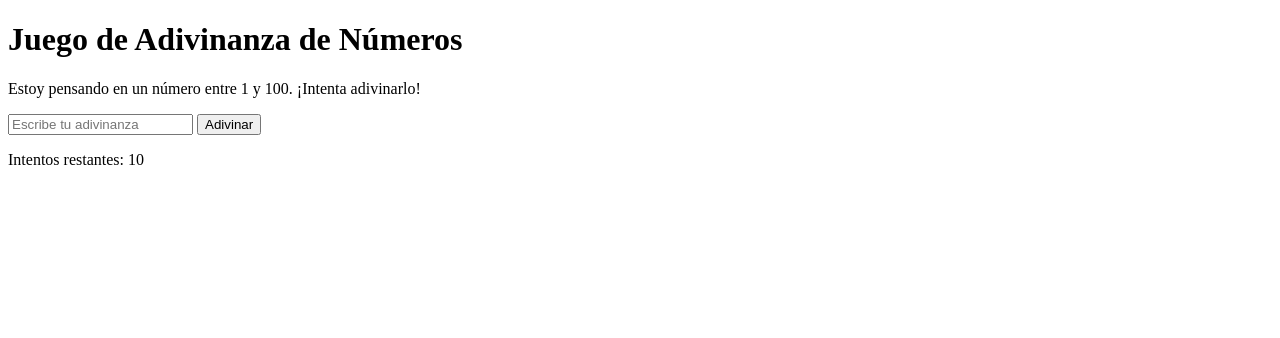
Repository: SofiaSferco/LaboratoriosPEYLW-SofiaSferco
Page: adivinanza.html
An editor plug-in stored every save of this project. The page is shown before and after the next save, followed by the edit.
The browser window is 1280 px wide. The pictures show the whole page.

Above is the page before, as saved 2024-11-20 22:51:30.
Not found: styles.css

### adivinanza.html
<!DOCTYPE html>
<html lang="es">
<head>
  <meta charset="UTF-8">
  <meta name="viewport" content="width=device-width, initial-scale=1.0">
  <title>Juego de Adivinanza de Números</title>
  <link rel="stylesheet" href="styles.css">
</head>
<body>
  <header>
    <h1>Juego de Adivinanza de Números</h1>
  </header>
  <section id="game-section">
    <p>Estoy pensando en un número entre 1 y 100. ¡Intenta adivinarlo!</p>
    <input type="number" id="user-input" placeholder="Escribe tu adivinanza" />
    <button id="guess-button">Adivinar</button>
    <p id="feedback"></p>
    <p>Intentos restantes: <span id="attempts">10</span></p>
  </section>
  <script src="juego.js"></script>
</body>
</html>

### juego.js
let randomNumber = Math.floor(Math.random() * 100) + 1;
let attempts = 10;

document.getElementById("guess-button").addEventListener("click", function() {
  let userGuess = document.getElementById("user-input").value;
  let feedback = document.getElementById("feedback");
  let attemptsElement = document.getElementById("attempts");

  if (userGuess == "") {
    feedback.textContent = "Por favor, ingresa un número.";
    return;
  }

  userGuess = parseInt(userGuess);

  if (isNaN(userGuess) || userGuess < 1 || userGuess > 100) {
    feedback.textContent = "Ingresa un número entre 1 y 100.";
    return;
  }

  attempts--;

  if (userGuess < randomNumber) {
    feedback.textContent = "¡Demasiado bajo! Intenta de nuevo.";
  } else if (userGuess > randomNumber) {
    feedback.textContent = "¡Demasiado alto! Intenta de nuevo.";
  } else {
    feedback.textContent = "¡Felicidades, adivinaste el número!";
    document.getElementById("guess-button").disabled = true;
  }

  attemptsElement.textContent = attempts;

  if (attempts === 0) {
    feedback.textContent = "Se acabaron los intentos. El número era " + randomNumber;
    document.getElementById("guess-button").disabled = true;
  }
});

### estilos.css
header{
    background-color: #242423;
    padding: 40px 0;
    text-align: center;
    color: rgb(255, 255, 255);
}

nav{
    align-items: center;
    font-weight: bold;
    font-family: arial;
    color: rgb(255, 255, 255);
    padding: 5px;
}

form input {
    width: 620px;
    margin-bottom: 20px;


}
textarea{
    margin-bottom: 20px;
    width: 620px;
}

fieldset p{
    display: inline-block;
    margin: 0;
    padding-left: 0;

}

fieldset input{
    width: 100px;
    margin-left: -40px;
    margin-bottom: 20px;
}
fieldset{
    margin-bottom: 10px;
    width: 600px;
}

button{
    margin-bottom: 20px;
    margin-top: 0px;
}

table{
    border: 1px solid #242423;
    margin-top: 10px;
    margin-bottom: 10px;
}
th {
    border: 1px solid #242423;
}
tr td{
    border: 1px solid #242423;
    width: 310px;
}
ul li{
    list-style-type: none;
    display: inline-block;
}

a{
    color: #dfff69;
    text-shadow: 0px 0px 5px black;
}

body{
    margin: 0;
    padding: 20px;
    font-family: Arial, sans-cerif;
    background-color: #ffffff;
    color: black;

}
section{
    text-align: center;
    margin: 0;
    padding: 0;
    border-left: 2px solid #dfff69;
    border-right: 2px solid #dfff69;
    background-color: #dfff69;
}
img{
    margin-top: 15px;
    margin-bottom: 10px;
}
main{
    margin-bottom: 0px;
    text-align: justify;
    padding: 10px;
    height: auto;
    border-left: 2px solid #dfff69;
    border-right: 2px solid #dfff69;
}

h1{

    margin-bottom: 20px;
    margin-top: 20px;
    text-shadow: 1px 1px 3px #dfff69;
    font-family: arial;
    font-size: 30px;
}
h2{
    background-color: #dfff69;
    text-align: left;
    margin-bottom: 20px;
    margin-top: 0px;
    font-family: 'Gill Sans', 'Gill Sans MT', Calibri, 'Trebuchet MS', sans-serif;
    padding: 1px;
    font-size: 17px;
}
h3{
    font-size: 17px;
    text-align: left;
}


footer{

    padding: 10px ;
    font-family: Arial, sans-cerif;
    line-height: 8px;
    background-color: #232423;
    color: #ffffff;
}

After the next save:
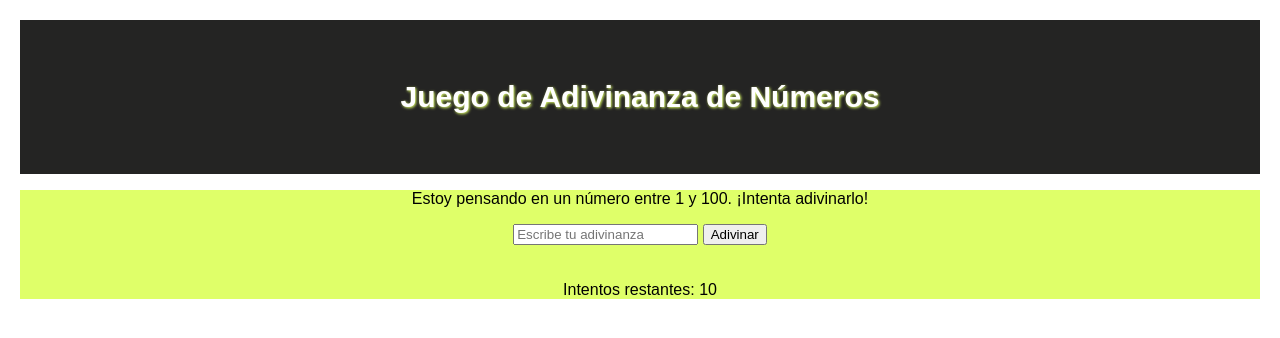
Saved 8 min 11 s later.
--- a/adivinanza.html
+++ b/adivinanza.html
@@ -4,7 +4,7 @@
   <meta charset="UTF-8">
   <meta name="viewport" content="width=device-width, initial-scale=1.0">
   <title>Juego de Adivinanza de Números</title>
-  <link rel="stylesheet" href="styles.css">
+  <link rel="stylesheet" href="estilos.css">
 </head>
 <body>
   <header>
